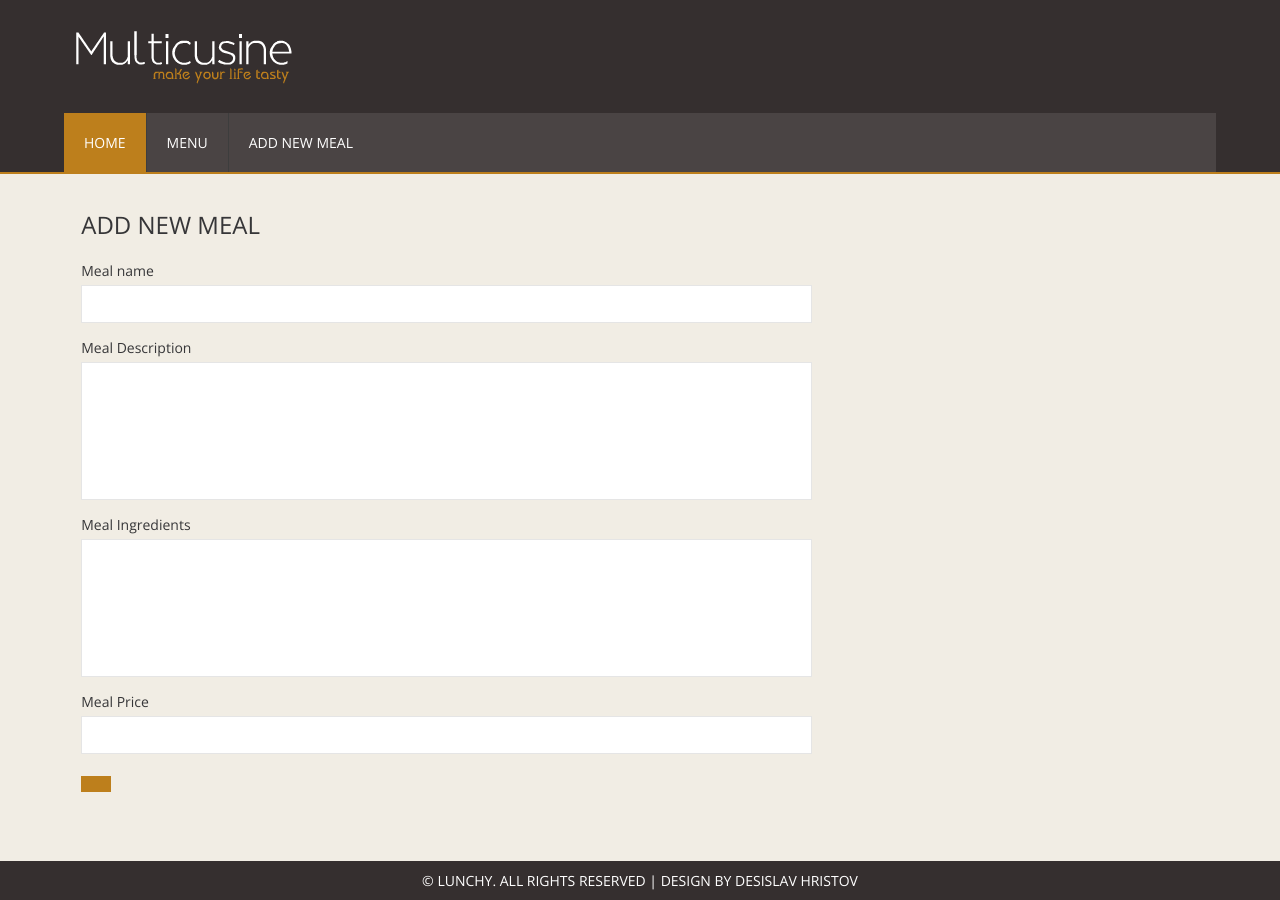
Repository: desso919/lunchy
Page: http://localhost/Lunchy/web/AddNewMealPage.jsp
The author's editor kept a copy of each file at every save. The page is drawn from the files as they stood at one save, then again after the next save.
The browser window is 1280 px wide. The pictures show the whole page.
The page is served by Tomcat 9. Nobody is signed in. The application's start-up code is not run. Other server files are loaded and not shown.

Above is the page before, as saved 2018-01-13 22:44:54.

### Lunchy/WebContent/web/AddNewMealPage.jsp
<%@ page language="java" contentType="text/html; charset=ISO-8859-1"
	pageEncoding="ISO-8859-1"%>
<!DOCTYPE HTML>
<html>
<head>
<title>Lunchy</title>
<meta http-equiv="Content-Type" content="text/html; charset=utf-8" />
<meta name="viewport"
	content="width=device-width, initial-scale=1, maximum-scale=1">
<link href="css/style.css" rel="stylesheet" type="text/css" media="all" />
<link href='//fonts.googleapis.com/css?family=Open+Sans'
	rel='stylesheet' type='text/css'>
</head>
<body>
	<!----start-header----->
	<div class="header">
		<div class="wrap">
			<div class="top-header">
				<div class="logo">
					<a href="index.html"><img src="images/logo.png" title="logo" /></a>
				</div>
				<div class="clear"></div>
			</div>
			<!---start-top-nav---->
			<div class="top-nav">
				<div class="top-nav-left">
					<ul>
						<li class="active"><a href="index.html">Home</a></li>
						<li><a href="MenuPage.jsp">Menu</a></li>
						<li><a href="AddNewMealPage.jsp">Add New Meal</a></li>
					</ul>
				</div>
				<div class="clear"></div>
			</div>
			<!---End-top-nav---->
		</div>
	</div>
	<!----End-header----->
	<!---start-contact---->
	<div class="contact">
		<div class="wrap">
			<div class="section group">
				<div class="col span_2_of_3">
					<div class="contact-form">
						<h3>Add New Meal</h3>
						<form id="addNewMealForm" method="post"
							action="/Lunchy/AddNewMealServlet">
							<div>
								<span><label>Meal name</label></span> <span><input
									name="mealName" type="text" class="textbox"></span>
							</div>
							<div>
								<span><label>Meal Description</label></span> <span><textarea
										name="description"> </textarea></span>
							</div>
							<div>
								<span><label>Meal Ingredients</label></span> <span><textarea
										name="ingredients"> </textarea></span>
							</div>
							<div>
								<span><label>Meal Price</label></span> <span><input
									name="price" type="text" class="textbox"></span>
							</div>

							   <div>
						   		<span><button type="submit" class="mybutton" value="Submit"></span>
						  </div>
						</form>

					</div>
				</div>
			</div>
		</div>
	</div>
	<script>
		function myFunction() {
			document.getElementById("addNewMealForm").reset();
		}
	</script>
	<div class="copy-right">
		<div class="top-to-page">
			<a href="#top" class="scroll"> </a>
			<div class="clear"></div>
		</div>
		<p>© Lunchy. All Rights Reserved | Design by Desislav Hristov</p>
	</div>
	<!---End-footer---->
</body>
</html>

### Lunchy/WebContent/web/css/style.css
/* reset */
html,body,div,span,applet,object,iframe,h1,h2,h3,h4,h5,h6,p,blockquote,pre,a,abbr,acronym,address,big,cite,code,del,dfn,em,img,ins,kbd,q,s,samp,small,strike,strong,sub,sup,tt,var,b,u,i,dl,dt,dd,ol,nav ul,nav li,fieldset,form,label,legend,table,caption,tbody,tfoot,thead,tr,th,td,article,aside,canvas,details,embed,figure,figcaption,footer,header,hgroup,menu,nav,output,ruby,section,summary,time,mark,audio,video{margin:0;padding:0;border:0;font-size:100%;font:inherit;vertical-align:baseline;}
article, aside, details, figcaption, figure,footer, header, hgroup, menu, nav, section {display: block;}
ol,ul{list-style:none;margin:0px;padding:0px;}
blockquote,q{quotes:none;}
blockquote:before,blockquote:after,q:before,q:after{content:'';content:none;}
table{border-collapse:collapse;border-spacing:0;}
/* start editing from here */
a{text-decoration:none;}
.txt-rt{text-align:right;}/* text align right */
.txt-lt{text-align:left;}/* text align left */
.txt-center{text-align:center;}/* text align center */
.float-rt{float:right;}/* float right */
.float-lt{float:left;}/* float left */
.clear{clear:both;}/* clear float */
.pos-relative{position:relative;}/* Position Relative */
.pos-absolute{position:absolute;}/* Position Absolute */
.vertical-base{	vertical-align:baseline;}/* vertical align baseline */
.vertical-top{	vertical-align:top;}/* vertical align top */
nav.vertical ul li{	display:block;}/* vertical menu */
nav.horizontal ul li{	display: inline-block;}/* horizontal menu */
img{max-width:100%;}
/*end reset*/
body{
	background:#F1EDE4;
	font-family:Arial, Helvetica, sans-serif;
}
/*----start-wrap-----*/
.wrap{
	width:80%;
	margin:0 auto;
}
/*----start-header-----*/
.header{
	background:#352f2f;
	border-bottom:2px solid #bd7f1c;
}
.logo{
	float:left;
}
.social-icons{
	float:right;
	margin-top: 1.1%;
}
.social-icons ul li{
	display:inline-block;
}
.social-icons ul li a{
	color:#363638;
	font-family: 'Open Sans', sans-serif;
	font-size:0.875em;
	transition: 0.5s ease;
	-o-transition: 0.5s ease;
	-webkit-transition: 0.5s ease;
}
.social-icons ul li a:hover{
	color:#026660;
}
.social-icons ul li a img{
	vertical-align:middle;
	padding-right: 5px;
}
/*------start-top-nav------*/
.top-nav {
	background:#4a4444;
}
.top-nav-left{
	float:left;
}
.top-nav-right{
	float:right;
	padding: 7px 10px;
}
.top-nav-left ul li{
	display:inline-block;
	float:left;
	border-left:1px solid #3D3D3D;
}
.top-nav-left  ul li:nth-child(1){
	border:none;
}
.top-nav-left ul li a{
	padding:20px;
	display:block;
	color:#FFFFFF;
	font-family: 'Open Sans', sans-serif;
	text-transform: uppercase;
	font-size: 0.875em;
}
.top-nav-left li.active a, .top-nav-left li a:hover {
	background:#bd7f1c;
}
.top-header {
	padding: 20px 0;
}
.top-nav-right input[type="submit"]{
	background: url(../images/search-icon.png) no-repeat 42% 50% #bd7f1c;
	padding:14px 20px;
	border: none;
	display: block;
	float: left;
	margin:0;
	outline:none;
	cursor:pointer;
	transition: 0.5s ease;
	-o-transition: 0.5s ease;
	-webkit-transition: 0.5s ease;
}
.top-nav-right input[type="submit"]:hover{
	background: url(../images/search-icon.png) no-repeat 42% 50% #996004;
}
.top-nav-right input[type="text"]{
	border:none;
	float:left;
	padding:14px 5px;
	outline:none;
	display: block;
	margin:0;
	-webkit-apperance:none;
}
/*---start-content-----*/
.top-grid{
	width: 31.33%;
	float: left;
	text-align: center;
	margin-right: 3%;
	font-family: 'Open Sans', sans-serif;
	background:#EAE4D8;
	padding: 1.5em 0;
	border-top:5px solid #BD7F1C;
	margin-top: -4em;
	-webkit-box-shadow: 0px 56px 36px -60px #121D12;
	-moz-box-shadow: 0px 56px 36px -60px #121D12;
	-o-box-shadow: 0px 56px 36px -60px #121D12;
}
.top-grid h3{
	color: #363638;
	font-size:1.5em;
	text-transform:uppercase;
}
.top-grid p{
	font-family: Arial, Helvetica, sans-serif;
	font-size: 0.875em;
	color:#816943;
	line-height: 1.5em;
	margin: 0.5em auto 0.8em auto;
	width: 90%;
}
.top-grid img{
	display: inline-block;
}
.button{
	color: #FFF;
	font-size: 0.875em;
	text-transform: uppercase;
	padding:10px 15px;
	border:none;
	display: inline-block;
	background:#BD7F1C;
	margin-top:10px;
	-webkit-transition: all 0.3s ease-out;
	-moz-transition: all 0.3s ease-out;
	-ms-transition: all 0.3s ease-out;
	-o-transition: all 0.3s ease-out;
	transition: all 0.3s ease-out;
}
.button:hover{
	background:#363638;
	color:#FFF;
}
.top-grids {
	margin: 0 0 3em 0;
}
.last-topgrid{
	margin:0;
	margin-top: -4em;
}
/*----start---mid-grid-----*/
.mid-grid h1{
	font-size:2em;
	font-family: 'Open Sans', sans-serif;
	color:#363638;
	text-transform:uppercase;
}
.mid-grid h2{
	font-size:1em;
	font-family: 'Open Sans', sans-serif;
	color:#BD7F1C;
	margin: 0.5em 0;
}
.mid-grid p{
	font-size: 0.875em;
	font-family: 'Open Sans', sans-serif;
	color:#816943;
	width: 73%;
	margin: 0 auto;
	line-height: 1.8em;
	margin-bottom: 1em;
}
.mid-grid {
	text-align: center;
	font-family: 'Open Sans', sans-serif;
	margin: 4em 0 0em 0;
	background:#EAE4D8;
	padding: 3em 0;
}

.mid-grid.button{
	display:block;
}
.button1{
	color: #FFF;
	font-size: 0.875em;
	text-transform: uppercase;
	padding:10px 15px;
	border: 1px solid #EEE;
	margin-top:10px;
	display: inline-block;
	background:#BD7F1C;
	-webkit-transition: all 0.3s ease-out;
	-moz-transition: all 0.3s ease-out;
	-ms-transition: all 0.3s ease-out;
	-o-transition: all 0.3s ease-out;
	transition: all 0.3s ease-out;
}
.button1:hover{
	background:#363638;
	color:#FFF;
}
/*-----bottom-grids----*/
.bottom-grid1 {
	width: 30%;
	float:left;
	margin-right: 3%;
}
.bottom-last {
	margin-right:0;
}
.bottom-grids{
	font-family: 'Open Sans', sans-serif;
	padding: 2em 0 3em 0;
}
.bottom-grid1 h3,.bottom-grid2 h3{
	color:#aa8036;
	font-family: 'Open Sans', sans-serif;
	font-size:1.5em;
	padding: 15px 0px 15px 0px;
	border-bottom: 1px solid #E9E9E9;
	margin-bottom: 13px;
	text-transform: uppercase;
}
.bottom-grid1 span,.bottom-grid2 span{
	color: #BD7F1C;
	font-family: 'Open Sans', sans-serif;
	font-size: 16px;
}
.bottom-grid1 p,.bottom-grid2 p{
	font-size: 0.875em;
	color:#816943;
	line-height: 1.6em;
	font-family: Arial, Helvetica, sans-serif;
	padding: 8px 0px 10px 0px;
}
.bottom-grid1 ul li a{
	display:block;
	color: #816943;
	font-family: Arial, Helvetica, sans-serif;
	font-size:0.875em;
	padding:8px 0px 8px 10px;;
	background:url(../images/marker.png) no-repeat 0;
	transition: 0.5s ease;
	-o-transition: 0.5s ease;
	-webkit-transition: 0.5s ease;
}
.bottom-grid1 ul li a:hover{
	color:#BD7F1C;
}
.bottom-grid-fristlink{
	background: #026660;
	padding: 10px;
	color: #fff;
	font-family: 'Open Sans', sans-serif;
	font-weight: bold;
	transition: all 0.3s;
}
.bottom-grid-fristlink img{
	vertical-align:middle;
}
.bottom-grid-fristlink:hover{
	color:#000;
}
.bottom-grid2 ul li{
	display: inline-block;
	width:46%;
	padding:0px 5px;
}
.bottom-grid2 {
	float: left;
	width: 33%;
	margin-right: 3%;
}
.bottom-mid span{
	color:#BD7F1C;
}
.bottom-mid a{
	background:#BD7F1C;
}
.bottom-last a{
	background:#BD7F1C;
}
.bottom-last span{
	color:#BD7F1C;
}
.gallery li a img{
	display:block;
}
/*---footer----*/
.footer{
	background:#574d41;
	padding:20px 0px;
	margin-top: 30px;
}
.footer-grid{
	float:left;
	width: 24%;
	margin-right: 2%;
}
.footer-grid h3{
	font-family: 'Open Sans', sans-serif;
	color: #FFF;
	font-size:1.2em;
	text-transform: uppercase;
	padding: 10px 0 3px 0px;
}
.footer-grid p{
	font-size: 0.85em;
	padding:5px 0;
	color:#A3A3A3;
	line-height: 1.8em;
	font-family: Arial, Helvetica, sans-serif;
}
.footer-grid a{
	font-family: 'Open Sans', sans-serif;
	color: #BD7F1C;
	font-size: 0.875em;
	text-transform: uppercase;
	background:#FFF;
	padding: 10px 15px;
	display: inline-block;
	margin: 9px 0;
	-webkit-transition: all 0.3s ease-out;
	-moz-transition: all 0.3s ease-out;
	-ms-transition: all 0.3s ease-out;
	-o-transition: all 0.3s ease-out;
	transition: all 0.3s ease-out;
}
.footer-grid a:hover{
	background:#BD7F1C;
	color:#FFF;
}
.footer-grid ul li{
	display:block;
}
.center-grid a{
	background: none;
	padding: 0px;
	color:#C2C2C2;
	margin: 5px;
	border-bottom: 1px ridge rgba(192, 192, 192, 0.13);
	padding: 0px 0px 9px 0px;
}
.center-grid{
	width:20%;
}
.center-grid a:hover{
	background:none;
}
.center-grid ul{
	margin-top:5px;
}
.twitts p label{
	font-weight:bold;
	font-size:1em;
	cursor:pointer;
	padding-right:5px;
}
.twitts span{
	display:block;
	color:#BD7F1C;
	font-family: 'Open Sans', sans-serif;
	-webkit-transition: all 0.3s ease-out;
	-moz-transition: all 0.3s ease-out;
	-ms-transition: all 0.3s ease-out;
	-o-transition: all 0.3s ease-out;
	transition: all 0.3s ease-out;
	font-size:0.85em;
}
.twitts span:hover{
	color:#fff;
	cursor:pointer;
}
/*----copy-right-----*/
.copy-right{
	text-align:center;
	padding:10px 0px;
	background:#352F2F;
	position:relative;
}
.copy-right p{
	font-family: 'Open Sans', sans-serif;
	color: #FFF;
	font-size: 0.875em;
	text-transform: uppercase;
}
.copy-right p a{
	color:#BD7F1C;
	font-family: 'Open Sans', sans-serif;
	-webkit-transition: all 0.3s ease-out;
	-moz-transition: all 0.3s ease-out;
	-ms-transition: all 0.3s ease-out;
	-o-transition: all 0.3s ease-out;
	transition: all 0.3s ease-out;
}
.copy-right p a:hover{
	color:#fff;
}
/*---about-us----*/
.about-us {
	padding: 30px 0 50px 0;
}
.about-header h3{
	font-family: 'Open Sans', sans-serif;
	font-size: 1.5em;
	color: #363638;
	text-transform: uppercase;
}
.about-info a{
	text-transform: uppercase;
	font-size:1em;
	font-family: 'Open Sans', sans-serif;
	color:#BD7F1C;
	transition: 0.5s ease;
	-o-transition: 0.5s ease;
	-webkit-transition: 0.5s ease;
	padding: 1em 0 0.5em 0;
	display: block;
}
.about-info p{
	font-size: 0.85em;
	color: #816943;
	font-family: Arial, Helvetica, sans-serif;
	line-height: 1.8em;
}
/*-----specials-heading----*/
.specials-heading h5{
	float: left;
	width: 33%;
	height: 1px;
	background: #D1D1D1;
	margin: 24px 0px 0px 0px;
}
/*----special-grid------*/
.special-grid {
	float: left;
	width: 32%;
	margin-right: 2%;
	text-align: center;
}
.specials {
	margin-top: 2em;
}
.special-grid img{
	width:100%;
}
.special-grid a{
	text-transform: uppercase;
	font-size: 1.2em;
	font-family: 'Open Sans', sans-serif;
	color:#BD7F1C;
	transition: 0.5s ease;
	-o-transition: 0.5s ease;
	-webkit-transition: 0.5s ease;
	padding: 0.3em 0;
	display: block;
}
.special-grid p{
	font-size: 0.85em;
	color: #816943;
	font-family: Arial, Helvetica, sans-serif;
	padding: 0em 1em 1em 1em;
	line-height: 1.5em;
}
.spe-grid{
	margin: 0px;
}
.specials-grids {
	padding: 25px 0 60px 0;
}
/*-----specials-heading----*/
.specials-heading h3{
	font-family: 'Open Sans', sans-serif;
	font-size: 1.5em;
	color:#363638;
	text-transform: uppercase;
}
/*----start-testmonial-grid----*/
.testmonial-grid{
	text-align:center;
}
.testmonial-grid h3{
	font-family: 'Open Sans', sans-serif;
	font-size:1.8em;
	color: #363638;
	text-align: center;
	text-transform: uppercase;
	padding: 0em 0 0.5em 0;
}
.testmonial-grid p{
	font-size: 0.875em;
	color:#816943;
	font-family: Arial, Helvetica, sans-serif;
	padding: 0em 1em 1em 1em;
	line-height: 1.8em;
}
.testmonial-grid a{
	font-size: 1.2em;
	font-family: 'Open Sans', sans-serif;
	color:#BD7F1C;
}
.testmonials{
	background:#EAE4D8;
	padding: 30px 0;
}
/*---start-services----*/
.services {
	padding: 30px 0 0px 0;
}
.services-header h3{
	font-family: 'Open Sans', sans-serif;
	font-size: 1.5em;
	color: #363638;
	text-transform: uppercase;
}
.services-grid{
	width:25%;
	float:left;
}
.services-grid a{
	text-transform: uppercase;
	font-size: 1em;
	font-family: 'Open Sans', sans-serif;
	color:#BD7F1C;
	transition: 0.5s ease;
	-o-transition: 0.5s ease;
	-webkit-transition: 0.5s ease;
	padding: 1em 0 0.5em 0;
	display: block;
}
.services-grid p{
	font-size: 0.875em;
	color:#816943;
	font-family: Arial, Helvetica, sans-serif;
	line-height: 1.8em;
}
/*---start-gallery---*/
.gallerys {
	font-family: 'Open Sans', sans-serif;
}
.gallerys h3{
	font-family: 'Open Sans', sans-serif;
	font-size: 1.5em;
	color: #363638;
	text-transform: uppercase;
	padding:1em 0;
}
.gallery-grid{
	width: 31.44%;
	float:left;
}
.gallery-grid p {
	font-size: 0.875em;
	padding: 0.2em 0em 1.2em 0em;
	color: #6a6a6a;
	line-height: 1.8em;
	font-family: Arial, Helvetica, sans-serif;
}
.gallery-button a {
	color: #FFF;
	font-size: 0.85em;
	text-transform: uppercase;
	padding:8px 10px;
	border: 1px solid #EEE;
	display: inline-block;
	background:#BD7F1C;
}
.gallery-button a:hover {
	background: #363638;
	color: #FFF;
}
.grid2{
	margin: 0px 35px;
}
.gallery-grids {
	margin-bottom: 30px;
}
.gallery-grid a{
	display:inline-block;
	position:relative;
}
.gallery-grid a img{
	display:block;
	max-width:100%;
}
.gallery-grid a span {
	position:absolute;
	width: 100%;
	height: 100%;
	top: 0px;
	left: 0px;
	text-align: center;
	line-height:4em;
	color:#fff;
	font-family: 'Open Sans', sans-serif;
	text-shadow: 0px 1px 1px #000;
	font-size:3em;
	opacity: 0;
	filter: alpha(opacity=0); /* internet explorer */
	-ms-filter: "progid:DXImageTransform.Microsoft.Alpha(opacity=0)"; /*IE8*/
	background: rgba(64, 72, 109, 0.61);
	-moz-transition: opacity 0.3s linear;
	-o-transition: opacity 0.3s linear;
	-ms-transition: opacity 0.3s linear;
	transition: opacity 0.3s linear;
}
.gallery-grid a:hover span {
	opacity: 1;
	filter: alpha(opacity=99); /* internet explorer */
	-ms-filter: "progid:DXImageTransform.Microsoft.Alpha(opacity=99)"; /*IE8*/
}
.projects-bottom-paination ul li{
	display:inline-block;
}
.projects-bottom-paination{
	text-align: center;
	padding: 55px 0;
	font-family: 'Open Sans', sans-serif;
}
.projects-bottom-paination li a{
	font: 400 12px/1.2em Arial;
	color: #5a5a5a;
	padding: 11px 18px;
	background: #fff;
	text-decoration: none;
	text-shadow: none;
	border: 1px solid #e9e9e9;
	margin-top: 16px;
}
.projects-bottom-paination li.active a, .projects-bottom-paination li a:hover {
	background:#BD7F1C;
	color:#fff;
}
.gallery-grid h4{
	font-family: 'Open Sans', sans-serif;
	font-size: 18px;
	line-height: 22px;
	text-transform: uppercase;
	color: #363638;
	-webkit-transition: all 0.3s ease-out;
	-moz-transition: all 0.3s ease-out;
	-ms-transition: all 0.3s ease-out;
	-o-transition: all 0.3s ease-out;
	transition: all 0.3s ease-out;
	cursor: pointer;
	padding: 13px 0px 2px 0px;
}
.gallery-grid h4:hover{
	color:#BD7F1C;
}
/*---contect----*/
/*  Contact Form  ============================================================================= */
.section {
	clear: both;
	padding: 0px;
	margin: 0px;
}
.group:before,
.group:after {
    content:"";
    display:table;
}
.group:after {
    clear:both;
}
.group {
    zoom:1;
}
.col{
	display: block;
	float:left;
	margin: 1% 0 1% 1.6%;
}
.col:first-child{
	margin-left:0;
}
.span_2_of_3 {
	width: 63.1%;
	padding:1.5%;
}
.span_1_of_3 {
	width: 29.2%;
	padding:1.5%;
}
.span_2_of_3  h3,
.span_1_of_3  h3 {
	font-family: 'Open Sans', sans-serif;
	font-size: 1.5em;
	color: #363638;
	text-transform: uppercase;
	padding:5px 0;
	margin-bottom:10px;
}
.contact-form{
	position:relative;
	padding-bottom:30px;
}
.contact-form div{
	padding:5px 0;
}
.contact-form span{
	display:block;
	font-size: 0.875em;
	color: #363638;
	padding-bottom:5px;
	font-family: 'Open Sans', sans-serif;
}
.contact-form input[type="text"],.contact-form textarea{
		    padding:8px;
			display:block;
			width:98%;
			border: none;
			outline:none;
			color:#363638;
			font-size:1.2em;
			font-family:Arial, Helvetica, sans-serif;
			border: 1px solid rgba(192, 192, 192, 0.41);
			-webkit-appearance:none;
}
.contact-form input[type="text"]:focus,.contact-form textarea:focus{
	border:1px solid #F1DDBD;
}
.contact-form textarea{
		resize:none;
		height:120px;
}
.mybutton{
	color: #FFF;
	font-size: 0.875em;
	text-transform: uppercase;
	padding:8px 15px;
	border: 1px solid #EEE;
	display: inline-block;
	background:#BD7F1C;
	border:none;
	outline: none;
	cursor:pointer;
	font-family: 'Open Sans', sans-serif;
	-webkit-appearance:none;
}
.mybutton:hover{
	background:#222;
	color: #FFF;
}
.company_address{
}
.company_address p{
	font-size: 0.875em;
	color:#816943;
	line-height: 1.8em;
	font-family: Arial, Helvetica, sans-serif;
}
.company_address p span a{
	text-decoration:underline;
	color:#947037;
	cursor:pointer;
}
.company_address p span a:hover{
	text-decoration:none;
}
.map{
	margin-bottom:15px;
}

/***** Media Quries *****/
@media only screen and (max-width: 1024px) {
	.wrap{
		width:95%;
	}
}
/*  GO FULL WIDTH AT LESS THAN 800 PIXELS */

@media only screen and (max-width: 800px) {
	.wrap{
		width:95%;
	}
	.span_2_of_3 {
		width:94%;
		padding:3%;
	}
	.col{
		margin: 1% 0 1% 0%;
	}
	.span_1_of_3 {
		width:94%;
		padding:3%;
	}
}

/*  GO FULL WIDTH AT LESS THAN 640 PIXELS */

@media only screen and (max-width: 640px) and (min-width: 480px) {
	.wrap{
		width:95%;
	}
	.span_2_of_3 {
		width:94%;
		padding:3%;
	}
	.col{
		margin: 1% 0 1% 0%;
	}
	.span_1_of_3 {
		width:94%;
		padding:3%;
	}
   .contact-form input[type="text"],.contact-form textarea{
		width:97%;
	}
}
/*  GO FULL WIDTH AT LESS THAN 480 PIXELS */

@media only screen and (max-width: 480px) {
	.wrap{
		width:95%;
	}
	.span_2_of_3 {
		width:90%;
		padding:5%;
	}
	.col {
		margin:0%;
	}
	.span_1_of_3 {
		width:90%;
		padding:5%;
	}
	.contact-form input[type="text"],.contact-form textarea{
		width:92%;
	}
}
.contact-footer{
	border-top: 1px solid rgba(69, 69, 69, 0.13);
	padding: 25px 0px 0px 0px;
}
/*----responsive-design-----*/
@media only screen and (max-width: 1366px) and (min-width: 1280px) {
	.wrap{
		width:90%;
	}
}
@media only screen and (max-width: 1280px) and (min-width: 1024px) {
	.wrap{
		width:90%;
	}
}
@media only screen and (max-width: 1024px){
	.wrap{
		width:90%;
	}
	.bottom-grid2 ul li {
		width: 45.5%;
	}
	.bottom-grid2 ul li{
		padding:8px 5px;
	}
	.gallery-grid a span{
		line-height:3em;
	}
	.grid2 {
		margin: 0px 34px;
	}
	.gallery-grid {
		width: 30.7%;
	}
}
@media only screen and (max-width: 800px) {
	.wrap{
		width:95%;
	}
	.bottom-grid2 ul li{
		width:44.5%;
	}
	.gallery-grid {
		width: 30%;
   }
}
@media only screen and (max-width: 768px) {
.top-nav-right {
    float: right;
    padding: 7px 9px;
}
}
@media only screen and (max-width: 736px) {
.top-nav-left ul li a {
    padding: 17px;
	}
	}
	@media only screen and (max-width: 600px) {
	.top-nav-left ul li a {
    padding: 20px 6px;
}
}
@media only screen and (max-width: 640px) {
	.wrap{
		width:95%;
	}
	.top-nav-left ul li a{
		padding:20px 8px;
		font-size:0.8em;
	}
	.top-grid h3{
		font-size:1.2em;
	}
	.mid-grid p{
	   width:100%;
	}
	.mid-grid{
		padding:1em 0;
	}
	.bottom-grid1,.bottom-grid2{
		width:94%;
		padding:3%;
		margin-right:0;
	}
	.bottom-grids{
		padding:0;
	}
	.bottom-grid1 h3, .bottom-grid2 h3{
		padding:0;
	}
	.footer{
		margin-top:0;
		padding:0;
	}
	.footer-grid{
		width:94%;
		padding:3%;
		margin-right:0;
	}
	.services-grid{
		float:none;
		width:100%;
	}
    .gallery-grid{
       width:29%;
    }
}
@media only screen and (max-width: 480px) {
	.wrap{
		width:95%;
	}
	.top-nav-left ul li a{
		padding:15px 18px;
	}
	.top-grid{
		float:none;
		width:94%;
		padding:3%;
		margin-right:0;
		margin-top:15px;
	}
	.top-grids{
		margin:0;
	}
	.mid-grid{
		margin:1em 0 0 0;
	}
	.specials-grids{
		padding:5px 0;
	}
	.special-grid{
		float:none;
		width:94%;
		padding:3%;
		margin-right:0;
	}
	.gallery-grid{
		float:none;
		width:94%;
		padding:3%;
	}
	.grid2{
		margin:0;
	}
	.gallerys h3{
		padding:5px 0;
	}
	.gallery-grid a span{
		line-height:4em;
	}
	.gallery-grids{
		margin-bottom:0;
	}
	.projects-bottom-paination{
		padding:10px 0 20px 0;
	}
}
@media only screen and (max-width: 414px) {
.top-nav-left ul li a {
    padding: 15px 12px;
}
}
@media only screen and (max-width: 384px) {
.top-nav-left ul li a {
    padding: 15px 9px;
}
.logo img {
    max-width: 50%;
}
.logo {
    float: none;
    text-align: center;
}
.social-icons {
    float: none;
    text-align: center;
}
.mid-grid h1 {
    font-size: 1.5em;
}
@media only screen and (max-width: 320px) {
	.wrap{
		width:95%;
	}
	.social-icons ul li a img{
		padding-right:0;
	}
	.top-header{
		padding:10px 0;
	}
	.top-nav-left ul li a {
		padding: 15px 6.5px;
		font-size:0.7em;
   }
	.gallery-grid h4{
		padding:5px 0;
		font-size:1em;
	}
	.gallery-grid a span{
		line-height:3em;
	}
	.top-grid img {
    max-width: 17%;
}
.span_2_of_3 h3, .span_1_of_3 h3 {
    font-size: 1.3em;
}

}

After the next save:
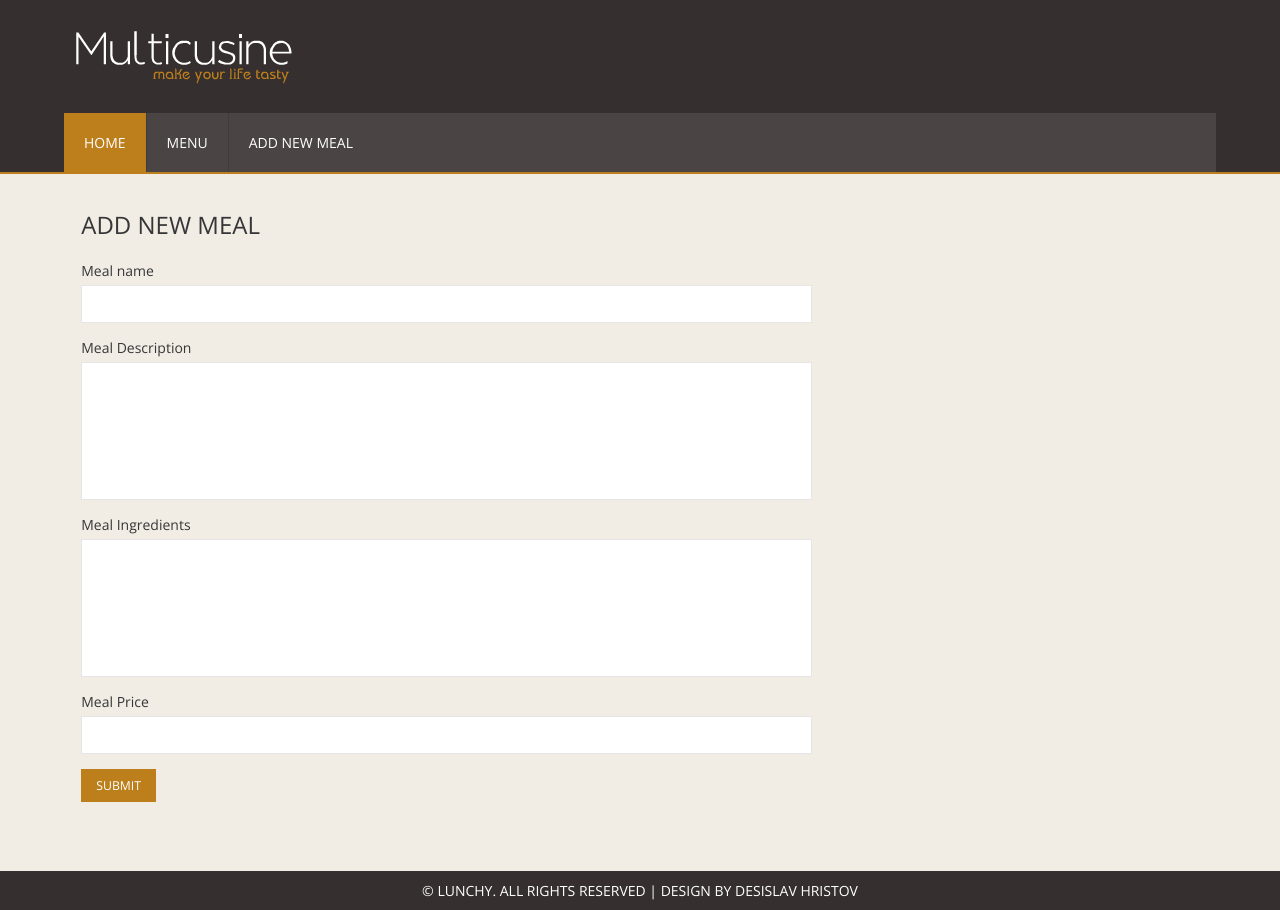
Saved 23 s later.
--- a/Lunchy/WebContent/web/AddNewMealPage.jsp
+++ b/Lunchy/WebContent/web/AddNewMealPage.jsp
@@ -62,8 +62,9 @@
 									name="price" type="text" class="textbox"></span>
 							</div>
 
+
 							   <div>
-						   		<span><button type="submit" class="mybutton" value="Submit"></span>
+						   		<span><input type="submit" class="mybutton" value="Submit"></span>
 						  </div>
 						</form>
 
